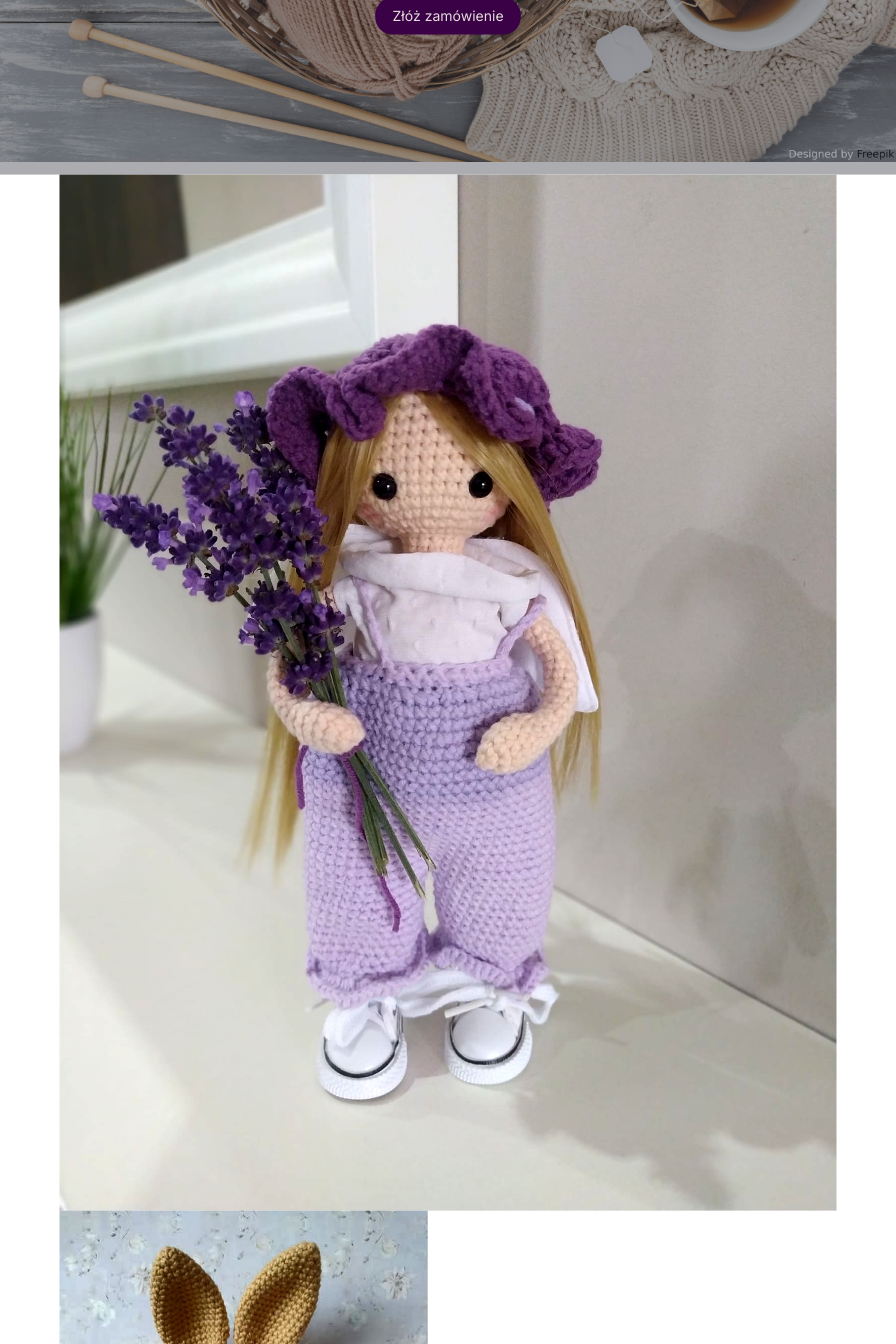
Repository: KlaudiaK0205/Craftoszet
Page: index.html
An editor plug-in stored every save of this project. The page is shown before and after the next save, followed by the edit.
The browser window is 1280 px wide. The pictures show the part of the page from y = 778 to 2698 px (the page is 3329 px tall before and 3368 px after), at 70% of full size.
Some web libraries are served in a nearby version. The style sheet was rebuilt from its Sass, Less or Tailwind sources for each picture, by a compiler version that may differ from the author's.

Above is the page before, as saved 2024-10-06 12:37:33.

After the next save:
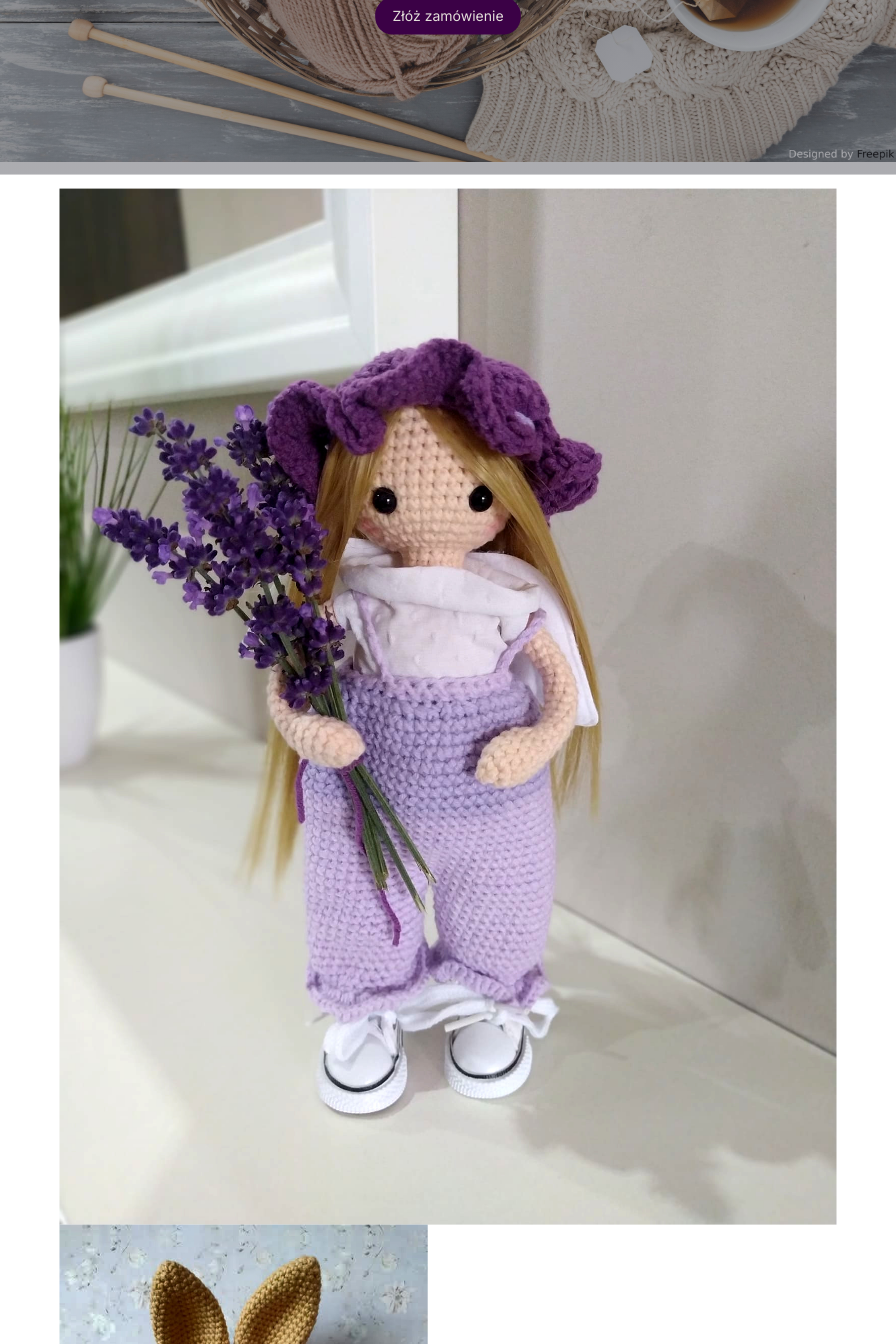
Saved 14 s later.
--- a/sass/layout/_whatIDo.scss
+++ b/sass/layout/_whatIDo.scss
@@ -1,5 +1,7 @@
 .whatIDo {
     display: flex;
+    align-items: center; /* Wyrównuje elementy w pionie */
+    padding: 20px; /* Przykładowy padding */
 }
 
 .whatIDo-images {
